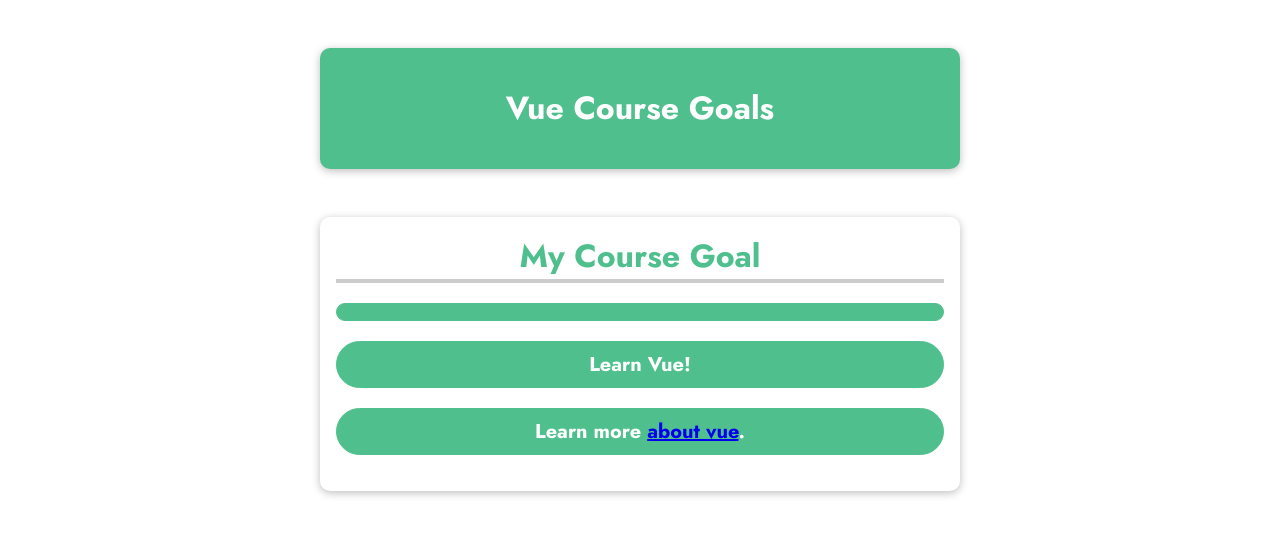
Repository: zmarkoni/Vue-The-Complete-Guide
Page: basics-01-starting-code/index.html
An editor plug-in stored every save of this project. The page is shown before and after a run of saves, followed by the edit.
The browser window is 1280 px wide. The pictures show the whole page.

Above is the page before, as saved 2020-12-29 10:21:09.

### basics-01-starting-code/index.html
<!DOCTYPE html>
<html lang="en">
  <head>
    <meta charset="UTF-8" />
    <meta name="viewport" content="width=device-width, initial-scale=1.0" />
    <title>Vue Basics</title>
    <link
      href="https://fonts.googleapis.com/css2?family=Jost:wght@400;700&display=swap"
      rel="stylesheet"
    />
    <link rel="stylesheet" href="styles.css" />
    <script src="https://unpkg.com/vue@next" defer></script>
    <script src="app.js" defer></script>
  </head>
  <body>
    <header>
      <h1>Vue Course Goals</h1>
    </header>
    <section id="user-goal">
      <h2>My Course Goal</h2>
      <p>{{ courseGoal }}</p>
      <p>{{ outputGoal() }}</p>
      <p>Learn more <a v-bind:href="vueLink" target="_blank">about vue</a>.</p>
    </section>
  </body>
</html>

### basics-01-starting-code/styles.css
* {
  box-sizing: border-box;
}

html {
  font-family: 'Jost', sans-serif;
}

body {
  margin: 0;
}

header {
  box-shadow: 0 2px 8px rgba(0, 0, 0, 0.26);
  margin: 3rem auto;
  border-radius: 10px;
  padding: 1rem;
  background-color: #4fc08d;
  color: white;
  text-align: center;
  width: 90%;
  max-width: 40rem;
}

#user-goal {
  box-shadow: 0 2px 8px rgba(0, 0, 0, 0.26);
  margin: 3rem auto;
  border-radius: 10px;
  padding: 1rem;
  text-align: center;
  width: 90%;
  max-width: 40rem;
}

#user-goal h2 {
  font-size: 2rem;
  border-bottom: 4px solid #ccc;
  color: #4fc08d;
  margin: 0 0 1rem 0;
}

#user-goal p {
  font-size: 1.25rem;
  font-weight: bold;
  border: 1px solid #4fc08d;
  background-color: #4fc08d;
  color: white;
  padding: 0.5rem;
  border-radius: 25px;
}

#user-goal input {
  font: inherit;
  border: 1px solid #ccc;
}

#user-goal input:focus {
  outline: none;
  border-color: #1b995e;
  background-color: #d7fdeb;
}

#user-goal button {
  font: inherit;
  cursor: pointer;
  border: 1px solid #ff0077;
  background-color: #ff0077;
  color: white;
  padding: 0.05rem 1rem;
  box-shadow: 1px 1px 2px rgba(0, 0, 0, 0.26);
}

#user-goal button:hover,
#user-goal button:active {
  background-color: #ec3169;
  border-color: #ec3169;
  box-shadow: 1px 1px 4px rgba(0, 0, 0, 0.26);
}

### basics-01-starting-code/app.js
const app = Vue.createApp({
    data() {
        return {
			courseGoalA: 'Finish the course and learn Vue!',
			courseGoalB: 'Master Vue and build amazing apps!',
			vueLink: 'https://vuejs.org/',
		};
    },
    methods: {
        outputGoal() {
            const randomNumber = Math.random();
            if (randomNumber < 0.5 ) {
                return 'Learn Vue!'
            } else {
                return 'Master vue!'
            }
        }
    }
});
app.mount('#user-goal');

After the next 2 saves:
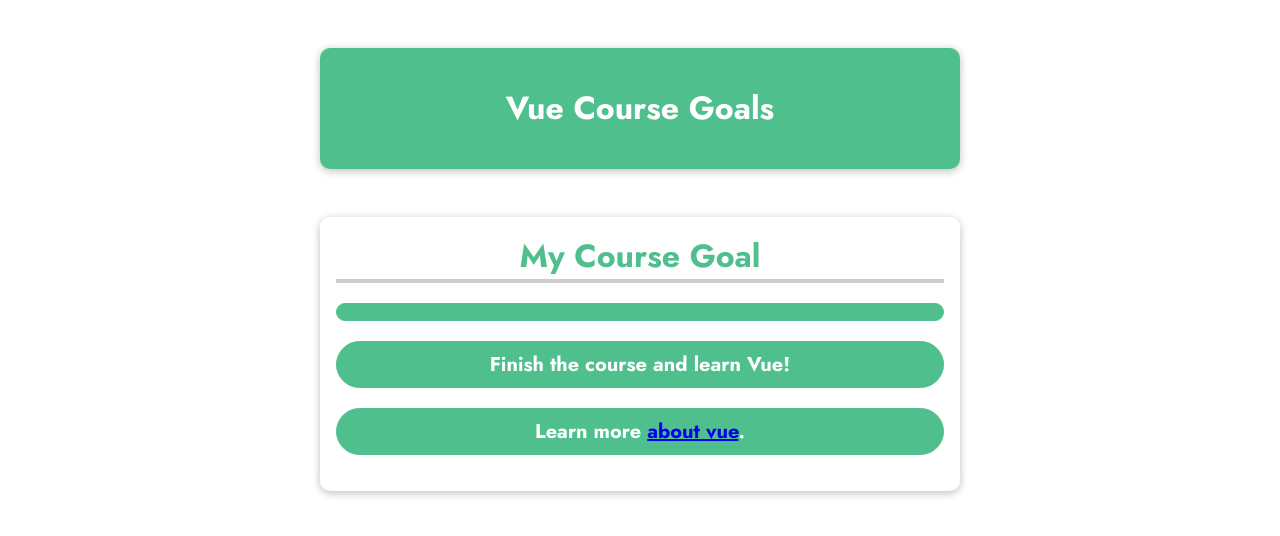
The 2 saves are shown as one change because they came seconds apart.
The last was saved 56 s later.
--- a/basics-01-starting-code/app.js
+++ b/basics-01-starting-code/app.js
@@ -10,7 +10,7 @@ const app = Vue.createApp({
         outputGoal() {
             const randomNumber = Math.random();
             if (randomNumber < 0.5 ) {
-                return 'Learn Vue!'
+                return this.courseGoalA
             } else {
                 return 'Master vue!'
             }
